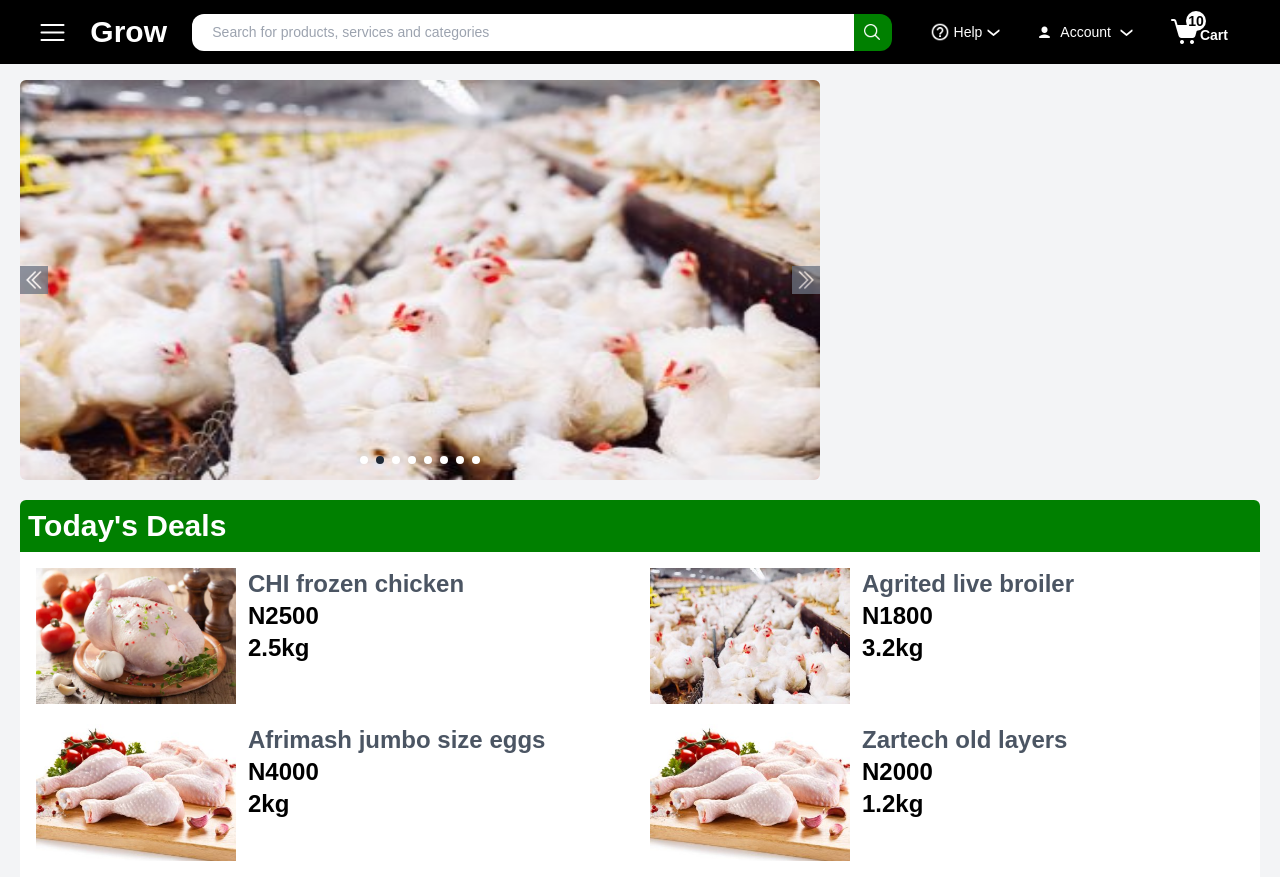
Repository: IssaMuiz/ifarmstock
Page: /
The author's editor kept a copy of each file at every save. The page is drawn from the files as they stood at one save, then again after the next save.
The browser window is 1280 px wide. The pictures show the whole page.
The project was rebuilt for these pictures with package versions that can differ from the ones it lists, and the page was loaded fresh each time. The framework's server and built-in components were replaced by stand-ins that run in the browser. Also part of the build but not shown: next.config.mjs.

Above is the page before, as saved 2024-08-30 02:11:50.

### app/layout.tsx
import "@/styles/globals.css";

export const metadata = {
  title: "Grow",
  description: "Livestock farming e-commerce application",
};

export default function RootLayout({
  children,
}: {
  children: React.ReactNode;
}) {
  return (
    <html lang="en">
      <body className="bg-gray-100 h-auto w-auto">
        <section>{children}</section>
      </body>
    </html>
  );
}

### app/page.tsx
"use client";
import ProductCardToday from "@/components/productcardToday";
import ProductSlider from "@/components/productSlider";
import ClientLayout from "@/components/clientLayout";

const Home = () => {
  return (
    <ClientLayout>
      <div className="pt-20 mx-5">
        <div>
          <ProductSlider />

          <div className="bgColor text w-full h-auto mt-5 text-3xl p-2 rounded-t-md font-semibold">
            Today&#39;s Deals
          </div>
          <ProductCardToday />
        </div>
      </div>
    </ClientLayout>
  );
};

export default Home;

### styles/globals.css
@tailwind base;
@tailwind components;
@tailwind utilities;

.scrollbar {
  scrollbar-width: thin;
  scrollbar-color: gray #313131;
}

.bgColor {
  background-color: green;
}

.text {
  color: white;
}

body {
  font-family: Arial, Helvetica, sans-serif;
  font-size: 14px;
}

### components/productcardToday.tsx
import Image from "next/image";
import poultryProduct from "../models/poultryProduct.json";
const ProductCardToday = () => {
  return (
    <div className="bg-white h-auto p-4">
      <div className="grid grid-cols-2 gap-5">
        {poultryProduct.map((product, index) => (
          <div key={index} className="flex gap-3">
            <Image src={product.image} alt="poultry" width={200} height={200} />
            <div className="text-2xl font-semibold">
              <p className="text-gray-600">{product.name}</p>
              <p>N{product.Price}</p>
              <p>{product.weight}</p>
            </div>
          </div>
        ))}
      </div>
    </div>
  );
};

export default ProductCardToday;

### components/productSlider.tsx
"use client";
import Image from "next/image";
import { useEffect, useState } from "react";

const ProductSlider = () => {
  const images = [
    "/assets/images/poultry-image1-slider.jpg",
    "/assets/images/poultry-image2-slider.jpg",
    "/assets/images/poultry-image3-slider.jpg",
    "/assets/images/poultry-image4-slider.jpg",
    "/assets/images/poultry-image5-slider.jpg",
    "/assets/images/poultry-image6-slider.jpg",
    "/assets/images/poultry-image7-slider.jpg",
    "/assets/images/catfish-image1-slider.jpg",
  ];

  const [index, setIndex] = useState(0);

  const handleSliceNext = () => {
    setIndex((index + 1) % images.length);
  };
  const handleSlicePrev = () => {
    setIndex((index - 1) % images.length);
  };

  const handleIndicatorClick = (i: number) => {
    setIndex(i);
  };

  useEffect(() => {
    const intervalId = setInterval(() => {
      handleSliceNext();
    }, 5000);
    return () => clearInterval(intervalId);
  }, [index]);
  return (
    <div className="relative w-[800px] overflow-hidden">
      <div
        className="flex transition-transform duration-500 ease-in-out"
        style={{ transform: `translateX(-${index * 100}%)` }}
      >
        {images.map((image, i) => (
          <div key={i} className="min-w-full">
            <Image
              className="h-[400px] rounded-md"
              src={image}
              alt={`Slide ${i + 1}`}
              width={800}
              height={200}
            />
          </div>
        ))}
      </div>
      <button
        type="button"
        onClick={handleSlicePrev}
        className="absolute left-0 top-1/2 tranform -translate-y-1/2 bg-gray-500 text-white px-1 py-1 opacity-75 hover:opacity-100 transition-opacity"
      >
        <Image
          className=""
          src="/assets/icons/arrow-left.png"
          alt="arrow-right-icon"
          width={20}
          height={20}
        />
      </button>
      <button
        type="button"
        onClick={handleSliceNext}
        className="absolute right-0 top-1/2 tranform -translate-y-1/2 bg-gray-500 text-white px-1 py-1 opacity-75 hover:opacity-100 transition-opacity"
      >
        <Image
          className=""
          src="/assets/icons/right-arrow.png"
          alt="arrow-right-icon"
          width={20}
          height={20}
        />
      </button>
      <div className="absolute bottom-4 left-0 right-0 flex justify-center space-x-2">
        {images.map((_, i) => (
          <button
            key={i}
            onClick={() => handleIndicatorClick(i)}
            className={`w-2 h-2 rounded-full ${
              index === i ? "bg-gray-800" : "bg-white"
            }`}
          />
        ))}
      </div>
    </div>
  );
};

export default ProductSlider;

### components/clientLayout.tsx
"use client";
import Navbar from "@/components/navbar";
import Sidenav from "@/components/sidenav";
import { useState, createContext } from "react";

export const SidebarContext = createContext({
  isOpen: false,
  toggleSidebar: () => {},
});

const ClientLayout = ({ children }: { children: React.ReactNode }) => {
  const [isOpen, setIsOpen] = useState(false);

  const toggleSidebar = () => {
    setIsOpen((prev) => !prev);
  };
  return (
    <SidebarContext.Provider value={{ isOpen, toggleSidebar }}>
      <Navbar />
      <Sidenav />
      <section
        className={`transition-opacity duration-300 ease-in-out ${
          isOpen ? "opacity-50" : "opacity-100"
        }`}
      >
        {children}
      </section>
    </SidebarContext.Provider>
  );
};

export default ClientLayout;

### models/poultryProduct.json
[
  {
    "image": "/assets/images/poultry-image1-slider.jpg",
    "name": "CHI frozen chicken",
    "Price": "2500",
    "weight": "2.5kg"
  },
  {
    "image": "/assets/images/poultry-image2-slider.jpg",
    "name": "Agrited live broiler",
    "Price": "1800",
    "weight": "3.2kg"
  },
  {
    "image": "/assets/images/poultry-image5-slider.jpg",
    "name": "Afrimash jumbo size eggs",
    "Price": "4000",
    "weight": "2kg"
  },
  {
    "image": "/assets/images/poultry-image5-slider.jpg",
    "name": "Zartech old layers",
    "Price": "2000",
    "weight": "1.2kg"
  }
]

### components/navbar.tsx
"use client";
import Image from "next/image";
import { useContext } from "react";
import { SidebarContext } from "./clientLayout";
const Navbar = () => {
  const { toggleSidebar } = useContext(SidebarContext);
  return (
    <nav className="fixed bg-black text w-full h-16 flex items-center justify-between top-0 left-0 right-0 px-10 z-10">
      <button onClick={toggleSidebar}>
        <svg
          className="fill-white hover:fill-[green] cursor-pointer"
          xmlns="http://www.w3.org/2000/svg"
          viewBox="0 0 50 50"
          width="25px"
          height="25px"
        >
          <path d="M 3 8 A 2.0002 2.0002 0 1 0 3 12 L 47 12 A 2.0002 2.0002 0 1 0 47 8 L 3 8 z M 3 23 A 2.0002 2.0002 0 1 0 3 27 L 47 27 A 2.0002 2.0002 0 1 0 47 23 L 3 23 z M 3 38 A 2.0002 2.0002 0 1 0 3 42 L 47 42 A 2.0002 2.0002 0 1 0 47 38 L 3 38 z" />
        </svg>
      </button>
      <div className="Leftnav text text-3xl font-semibold cursor-pointer ml-5">
        Grow
      </div>
      <div className="Middlenav flex flex-1 mx-5 max-w-[700px] items-center">
        <input
          className=" px-5 py-2 w-full rounded-l-xl text-black outline-none"
          type="text"
          placeholder="Search for products, services and categories"
        />
        <div className="h-[37px] w-10 bgColor pt-2 pl-2 rounded-r-xl cursor-pointer">
          <Image
            className=""
            src="/assets/icons/search.png"
            alt="search-icon"
            width={20}
            height={20}
          />
        </div>
      </div>
      <div className="Rightnav flex items-center justify-between gap-3">
        <div className="flex items-center gap-1 cursor-pointer rounded-md p-3 hover:bg-[green]">
          <Image
            src="/assets/icons/help.png"
            alt="help-icon"
            width={20}
            height={20}
          />
          <p className="">Help</p>
          <Image
            src="/assets/icons/arrow-down.png"
            alt="help-icon"
            width={15}
            height={15}
          />
        </div>
        <div className="flex items-center gap-2  cursor-pointer rounded-md p-3 hover:bg-[green]">
          <Image
            src="/assets/icons/account.png"
            alt="help-icon"
            width={15}
            height={15}
          />
          <p>Account</p>
          <Image
            src="/assets/icons/arrow-down.png"
            alt="help-icon"
            width={15}
            height={15}
          />
        </div>
        <div className="flex relative cursor-pointer p-3 hover:bg-[green] rounded-md">
          <Image
            src="/assets/icons/cart.png"
            alt="cart-icon"
            width={30}
            height={20}
          />
          <p className="bg-white h-5 w-5 rounded-full text-black absolute left-7 bottom-7 text-center font-semibold">
            10
          </p>
          <p className="font-semibold mt-2 ">Cart</p>
        </div>
      </div>
    </nav>
  );
};

export default Navbar;

### components/sidenav.tsx
"use client";
import Image from "next/image";
import Link from "next/link";
import { useState } from "react";
import { useContext } from "react";
import { SidebarContext } from "./clientLayout";
const Sidenav = () => {
  const [categories, setCategories] = useState([
    {
      id: "1",
      name: "Broiler",
      expanded: false,
      arrowIcon: "/assets/icons/arrow-icon--right.png",
      dropdownlink: [
        { name: "Day old chicks", link: "/" },
        { name: "matured broilers", link: "/" },
        { name: "frozen chicken", link: "/" },
      ],
    },
    {
      id: "2",
      name: "Layers",
      expanded: false,
      arrowIcon: "/assets/icons/arrow-icon--right.png",
      dropdownlink: [
        { name: "pullet", link: "/" },
        { name: "Point of lay", link: "/" },
        { name: "Old layers", link: "/" },
      ],
    },
    {
      id: "3",
      name: "Catfish",
      expanded: false,

      arrowIcon: "/assets/icons/arrow-icon--right.png",
      dropdownlink: [
        { name: "fingerlings/juvenile", link: "/" },
        { name: "Matured catfish", link: "/" },
        { name: "smoked catfish", link: "/" },
      ],
    },
  ]);

  const handleDropdown = (id: string) => {
    setCategories((prev) =>
      prev.map((category) =>
        category.id === id
          ? { ...category, expanded: !category.expanded }
          : category
      )
    );
  };

  const { isOpen, toggleSidebar } = useContext(SidebarContext);
  return (
    <nav
      className={`fixed h-auto left-0 top-0 bottom-0 w-[300px] transform transition-transform duration-300 bg-gray-100 mt-20 ${
        isOpen ? "translate-x-0" : "-translate-x-full"
      }`}
    >
      <div>
        {categories.map((category) => (
          <div onClick={() => handleDropdown(category.id)} key={category.id}>
            <div className="text-xl flex justify-between items-center font-semibold bg-gray-200 mt-5 p-2 cursor-pointer">
              <div>{category.name}</div>

              <Image
                className={`${
                  category.expanded &&
                  "rotate-90 duration-300 transition-transform"
                } h-4 w-4`}
                src={category.arrowIcon}
                alt="arrow-icon"
                width={3}
                height={3}
              />
            </div>

            <div>
              {category.expanded && (
                <div>
                  {category.dropdownlink.map((dropdown, index) => (
                    <Link className="" key={index} href={dropdown.link}>
                      <div> {dropdown.name}</div>
                    </Link>
                  ))}
                </div>
              )}
            </div>
          </div>
        ))}
      </div>
      <button onClick={toggleSidebar}>X</button>
    </nav>
  );
};

export default Sidenav;

Loaded but not shown: tailwind.config.ts (common file)

After the next save:
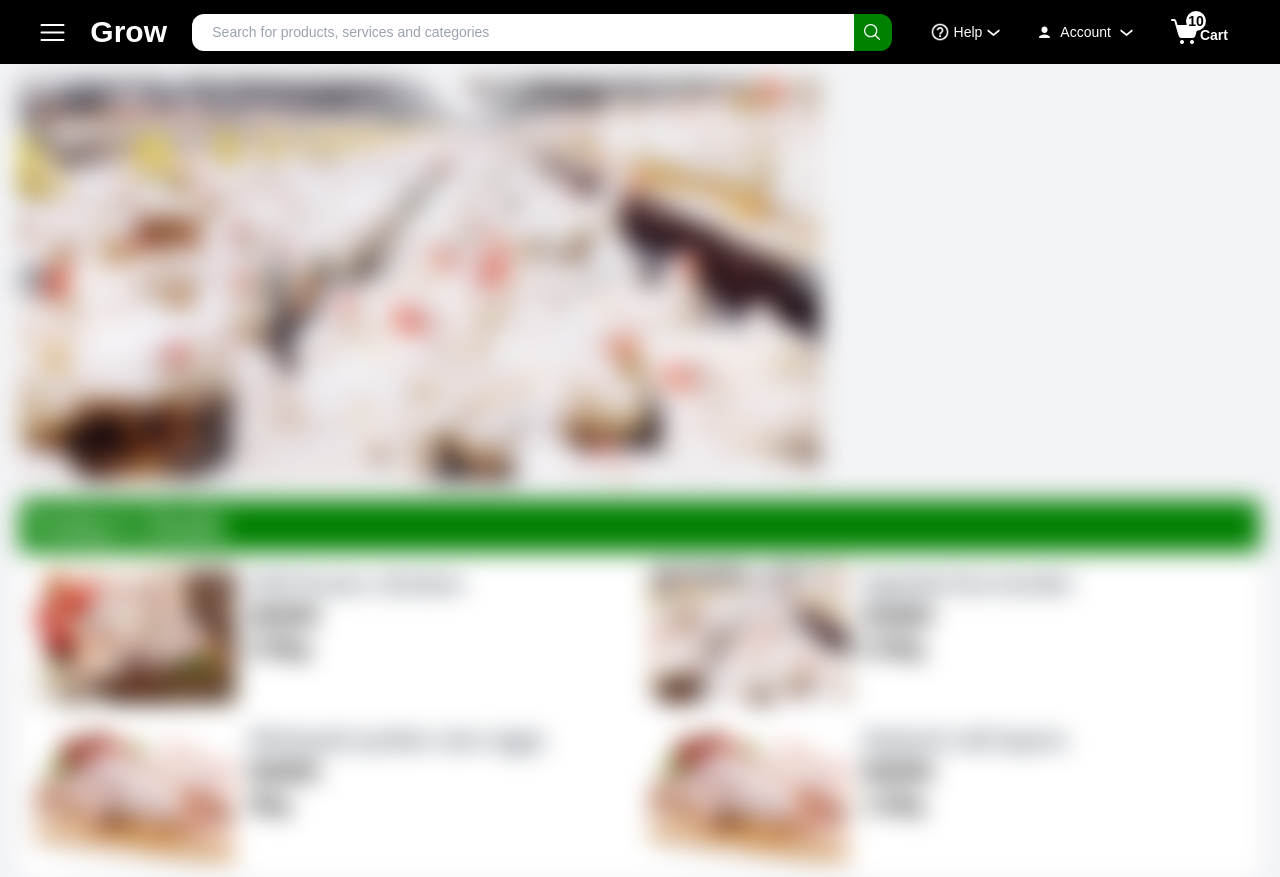
Saved 2 min 52 s later.
--- a/components/clientLayout.tsx
+++ b/components/clientLayout.tsx
@@ -20,7 +20,7 @@
       <Sidenav />
       <section
         className={`transition-opacity duration-300 ease-in-out ${
-          isOpen ? "opacity-50" : "opacity-100"
+          isOpen ? "opacity-50" : "filter blur-md"
         }`}
       >
         {children}

After the save that followed:
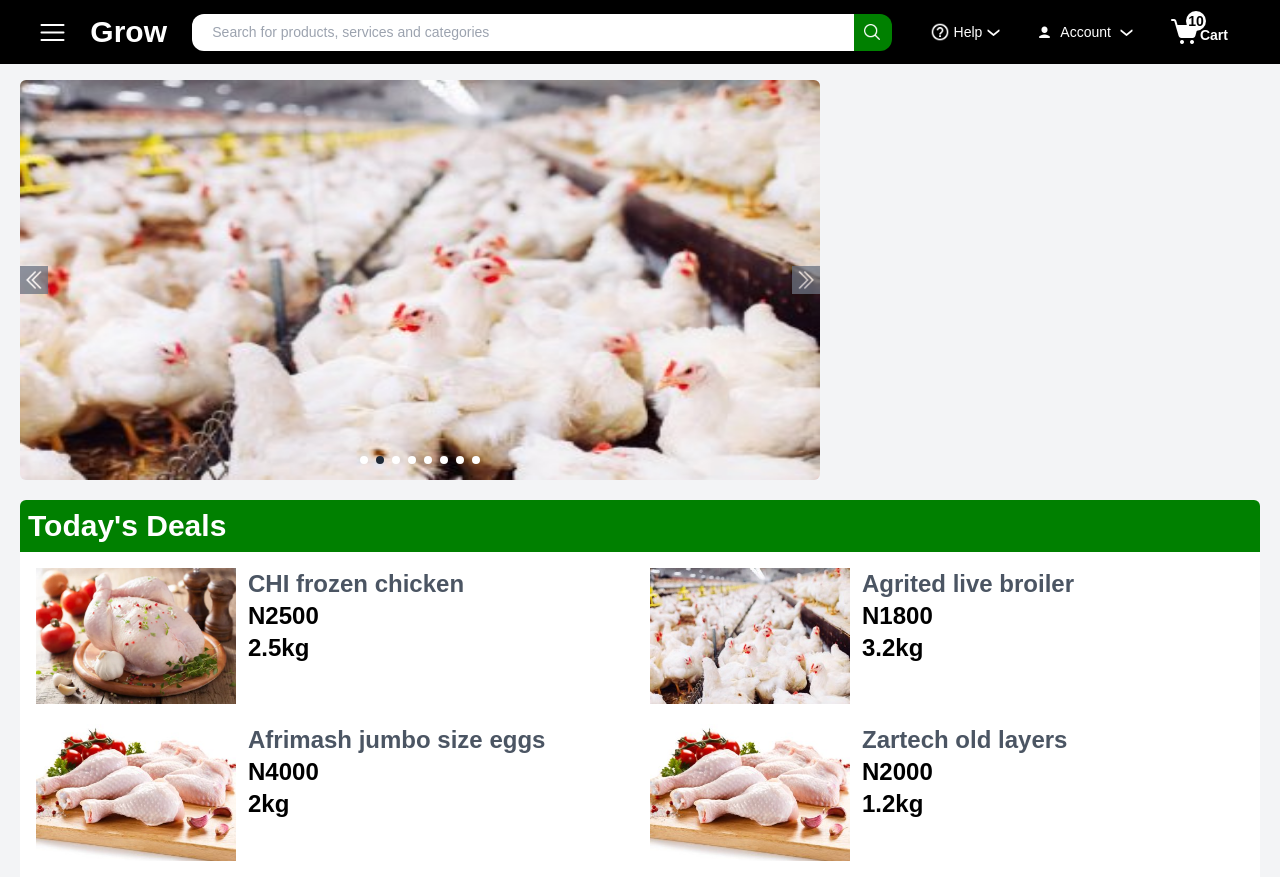
Saved 34 s later.
--- a/components/clientLayout.tsx
+++ b/components/clientLayout.tsx
@@ -20,7 +20,7 @@
       <Sidenav />
       <section
         className={`transition-opacity duration-300 ease-in-out ${
-          isOpen ? "opacity-50" : "filter blur-md"
+          isOpen ? "opacity-50" : "opacity-100"
         }`}
       >
         {children}
